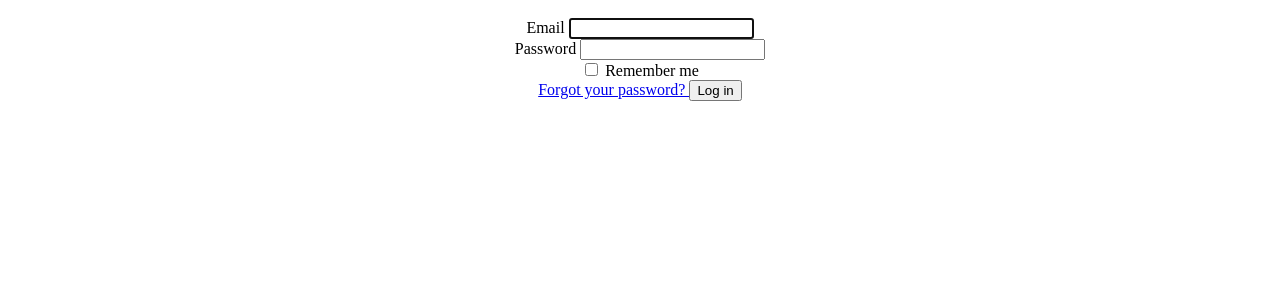
Repository: lookmanola/gestion_scolaire
Page: http://localhost/login
The author's editor kept a copy of each file at every save. The page is drawn from the files as they stood at one save, then again after a run of saves.
The browser window is 1280 px wide. The pictures show the whole page.
The page is served by the project's Laravel application, run on PHP 8.4 with Laravel 8. Other server files are loaded and not shown.

Above is the page before, as saved 2021-10-15 10:18:49.

### example-app/resources/views/auth/login.blade.php
<x-guest-layout>
    <x-auth-card>
        <x-slot name="logo">

        </x-slot>

        <!-- Session Status -->
        <x-auth-session-status class="mb-4" :status="session('status')" />

        <!-- Validation Errors -->
        <x-auth-validation-errors class="mb-4" :errors="$errors" />

        <form method="POST" action="{{ route('login') }}">
            @csrf
            <div style="display: flex; justify-content:center; flex-direction:column; align-items:center; padding:10px">

                <!-- Email Address -->
                <div>
                    <x-label for="email" :value="__('Email')" />

                    <x-input id="email" class="style" type="email" name="email" :value="old('email')" required
                        autofocus />
                </div>

                <!-- Password -->
                <div class="mt-4">
                    <x-label for="password" :value="__('Password')" />

                    <x-input id="password" class="block mt-1 w-full" type="password" name="password" required
                        autocomplete="current-password" />
                </div>

                <!-- Remember Me -->
                <div class="block mt-4">
                    <label for="remember_me" class="inline-flex items-center">
                        <input id="remember_me" type="checkbox"
                            class="rounded border-gray-300 text-indigo-600 shadow-sm focus:border-indigo-300 focus:ring focus:ring-indigo-200 focus:ring-opacity-50"
                            name="remember">
                        <span class="ml-2 text-sm text-gray-600">{{ __('Remember me') }}</span>
                    </label>
                </div>

                <div class="flex items-center justify-end mt-4">
                    @if (Route::has('password.request'))
                        <a class="underline text-sm text-gray-600 hover:text-gray-900"
                            href="{{ route('password.request') }}">
                            {{ __('Forgot your password?') }}
                        </a>
                    @endif

                    <x-button class="ml-3">
                        {{ __('Log in') }}
                    </x-button>
                </div>
            </div>
        </form>
    </x-auth-card>
</x-guest-layout>

Loaded but not shown: example-app/routes/web.php (common file); example-app/routes/auth.php (common file); example-app/app/Http/Controllers/Auth/AuthenticatedSessionController.php (common file); example-app/app/Http/Controllers/Controller.php (common file); example-app/app/View/Components/GuestLayout.php (common file); example-app/resources/views/components/auth-session-status.blade.php (common file); example-app/resources/views/components/auth-validation-errors.blade.php (common file); example-app/resources/views/components/label.blade.php (common file); example-app/resources/views/components/input.blade.php (common file); example-app/resources/views/components/button.blade.php (common file); example-app/resources/views/components/auth-card.blade.php (common file); example-app/resources/views/layouts/guest.blade.php (common file); example-app/public/js/app.js (library); example-app/public/css/app.css (empty)

After the next 2 saves:
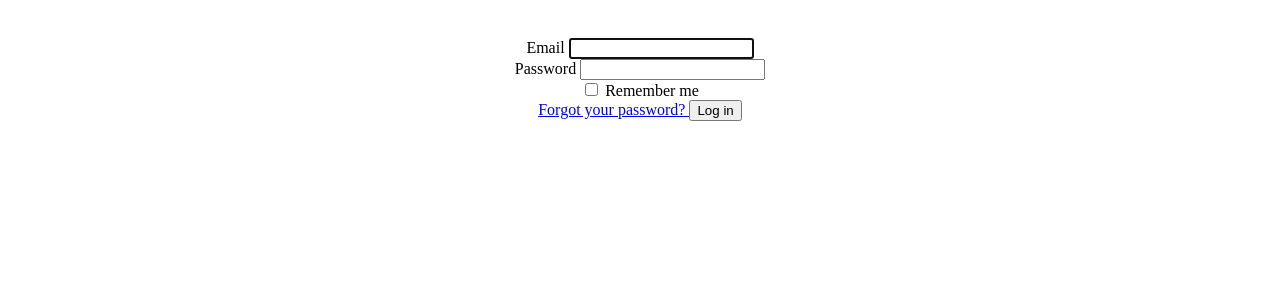
The 2 saves are shown as one change because they came seconds apart.
The last was saved 18 s later.
--- a/example-app/resources/views/auth/login.blade.php
+++ b/example-app/resources/views/auth/login.blade.php
@@ -12,7 +12,7 @@
 
         <form method="POST" action="{{ route('login') }}">
             @csrf
-            <div style="display: flex; justify-content:center; flex-direction:column; align-items:center; padding:10px">
+            <div style="display: flex; justify-content:center; flex-direction:column; align-items:center; padding:30px">
 
                 <!-- Email Address -->
                 <div>
